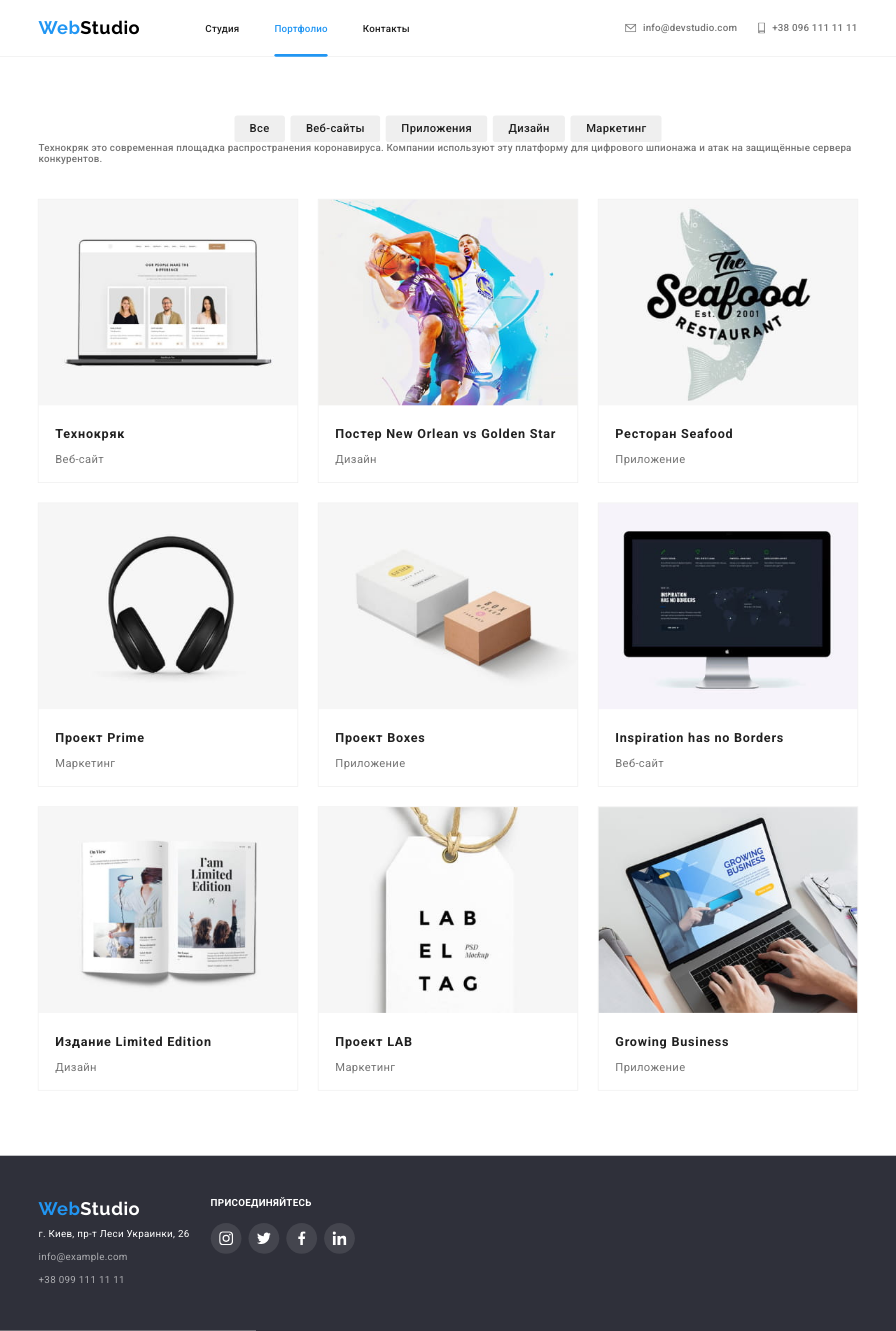
Repository: UliyaKucherernko/home-work-8
Page: porfolio.html
The author's editor kept a copy of each file at every save. The page is drawn from the files as they stood at one save, then again after the next save.
The browser window is 1280 px wide. The pictures show the part of the page from y = 0 to 1920 px (the page is 1901 px tall before and 4265 px after), at 70% of full size.

Above is the page before, as saved 2021-04-14 00:36:44.

### porfolio.html
<!DOCTYPE html>
<html lang="en">
<head>
    <!-- Служебная информация -->
    <meta charset="UTF-8">
    <meta http-equiv="X-UA-Compatible" content="IE=edge">
    <meta name="viewport" content="width=device-width, initial-scale=1.0">
    <title>homework5</title>
    <link rel="preconnect" href="https://fonts.gstatic.com">
    <link href="https://fonts.googleapis.com/css2?family=Raleway:wght@700&family=Roboto:wght@400;500;700;900&display=swap" rel="stylesheet">
    <link rel="stylesheet" href="./css/styles.css">
</head>
<body>

   <header class="header">
      <div class="container">
         <!-- Шапка -->
         <nav class="navigation">
            <a class="link logo-header" href="index.html">
               <span class="web">Web</span><span class="studio">Studio</span></a>
            <ul class="list menu">
               <li class="menu-item">
                  <a href="./index.html" class="link link-title menu-link">Студия</a>
               </li>
               <li class="menu-item">
                  <a href="./porfolio.html" class="link link-title menu-link current">Портфолио</a>
               </li>
               <li class="menu-item">
                  <a class="link link-title menu-link" href="">Контакты</a>
               </li>
            </ul>
         </nav>
         <ul class="list header-adress">
            <li class="contact-item">
               <a class="link contact-links menu-adress" href="mailto:info@devstudio.com">
                  <svg class="icon-header" width="16" height="12">
                     <use href="./images/icons-sprite.svg#icon-mail"></use>
                  </svg>
                  info@devstudio.com
               </a>
            </li>
            <li class="contact-item">
               <a class="link contact-links menu-adress" href="tel:+380961111111">
                  <svg class="icon-header" width="10" height="16">
                     <use href="./images/icons-sprite.svg#icon-phone"></use>
                  </svg>
                  +38 096 111 11 11
               </a>
            </li>
         </ul>
      </div>
   </header>

     <!--что входит в портфолио-->
    <main>
      <section class="gallery">
         <div class="container">
          <ul class="list gallery-btns">
              <li><button class="button-filtr" type="button">Все</button></li>
              <li><button class="button-filtr" type="button">Веб-сайты</button></li>
              <li><button class="button-filtr" type="button">Приложения</button></li>
              <li><button class="button-filtr" type="button">Дизайн</button></li>
              <li><button class="button-filtr" type="button">Маркетинг</button></li>
          </ul>



          <div class="gallery-thumb">
               <div class="gallery-overlay">
                  <p class="gallery-text-overlay">Технокряк это современная площадка распространения коронавируса.
                     Компании используют эту платформу для цифрового
                  шпионажа и атак на защищённые сервера конкурентов.</p>
               </div>
               <ul class="list grid gallery-list">
                <li class="gallery-card"><img src="./images/1-monitor.jpg" alt="на мониторе 3 фотокарточки людей" width="370">
                <div class="gallery-names">
                       <h3 class="filtrs">Технокряк</h3>
                       <p class="main-filtrs">Веб-сайт</p>
                </div>
               </li>


                  <li class="gallery-card"><img src="./images/2-nba.jpg" alt="2 прня играют в баскетбол" width="370">
                     <div class="gallery-names">
                         <h3 class="filtrs">Постер New Orlean vs Golden Star</h3>
                        <p class="main-filtrs">Дизайн</p>
                      </div>
                  </li>

               <li class="gallery-card"><img src="./images/3-seafood.jpg" alt="рыбный ресторан" width="370">
                      <div class="gallery-names">
                         <h3 class="filtrs">Ресторан Seafood</h3>
                       <p class="main-filtrs">Приложение</p>
                   </div>
                  </li>

                  <li class="gallery-card"><img src="./images/4-prime.jpg" alt="наушники" width="370">
                     <div class="gallery-names">
                        <h3 class="filtrs">Проект Prime</h3>
                        <p class="main-filtrs">Маркетинг</p>
                     </div>
                     </li>

                  <li class="gallery-card"><img src="./images/5-boxes.jpg" alt="2 коробки разного размера" width="370">
                     <div class="gallery-names">
                        <h3 class="filtrs">Проект Boxes</h3>
                        <p class="main-filtrs">Приложение</p>
                     </div>
                     </li>

                  <li class="gallery-card"><img src="./images/6-borders.jpg" alt="монитор борд с картой мира" width="370">
                     <div class="gallery-names">
                        <h3 class="filtrs">Inspiration has no Borders</h3>
                        <p class="main-filtrs">Веб-сайт</p>
                     </div>
                     </li>

                  <li class="gallery-card"><img src="./images/7-magazine.jpg" alt="журнал" width="370">
                     <div class="gallery-names">
                        <h3 class="filtrs">Издание Limited Edition</h3>
                        <p class="main-filtrs">Дизайн</p>
                     </div>
                     </li>

                  <li class="gallery-card"><img src="./images/8-labels.jpg" alt="белая этикетка бирка" width="370">
                     <div class="gallery-names">
                        <h3 class="filtrs">Проект LAB</h3>
                        <p class="main-filtrs">Маркетинг</p>
                     </div>
                     </li>

                  <li class="gallery-card"><img src="./images/9-nout.jpg" alt="печатают на ноуте" width="370">
                     <div class="gallery-names">
                        <h3 class="filtrs">Growing Business</h3>
                        <p class="main-filtrs">Приложение</p>
                     </div>
                     </li>
                  </ul>
           </div>
     </section>
    </main>

   <!--подвал-->
   <footer class="footer-dark-bg">
      <div class="container">
         <div class="grid">
            <div class="grid-item-3">
               <a class="link footer-logo" href="index.html">
                  <span class="web">Web</span><span class="studio-footer">Studio</span></a>
               <address>
                  <ul class="footer-list">
                     <li><a href="" class="link footer-adress">г. Киев, пр-т Леси Украинки, 26</a></li>
                     <li><a href="mailto:info@example.com" class="link footer-social">info@example.com</a></li>
                     <li><a href="+380991111111" class="link footer-social">+38 099 111 11 11</a></li>
                  </ul>
               </address>
            </div>

            <div class="grid-item-3">
               <div class="card-footer">
                  <p class="f-sleng">присоединяйтесь</p>
               </div>
               <ul class="d-inline-flex">
                  <li class="social-icon-item">
                     <a href="" class="social-icon-link foo-icon">
                        <svg>
                           <use href="./images/icons-sprite.svg#icon-instagram"></use>
                        </svg>
                     </a>
                  </li>
                  <li class="social-icon-item">
                     <a href="" class="social-icon-link foo-icon">
                        <svg>
                           <use href="./images/icons-sprite.svg#icon-twitter"></use>
                        </svg>
                     </a>
                  </li>
                  <li class="social-icon-item">
                     <a href="" class="social-icon-link foo-icon">
                        <svg>
                           <use href="./images/icons-sprite.svg#icon-facebook"></use>
                        </svg>
                     </a>
                  </li>
                  <li class="social-icon-item">
                     <a href="" class="social-icon-link foo-icon">
                        <svg>
                           <use href="./images/icons-sprite.svg#icon-linkedin"></use>
                        </svg>
                     </a>
                  </li>
               </ul>
            </div>

         </div>
         <!-- <div class="card-footer-news">
                       <p class="news-title">подпишитесь на рассылку</p>
                     </div> -->
      </div>
   </footer>
   </body>

   </html>

Loaded but not shown: css/styles.css (846 lines, source omitted)

After the next save:
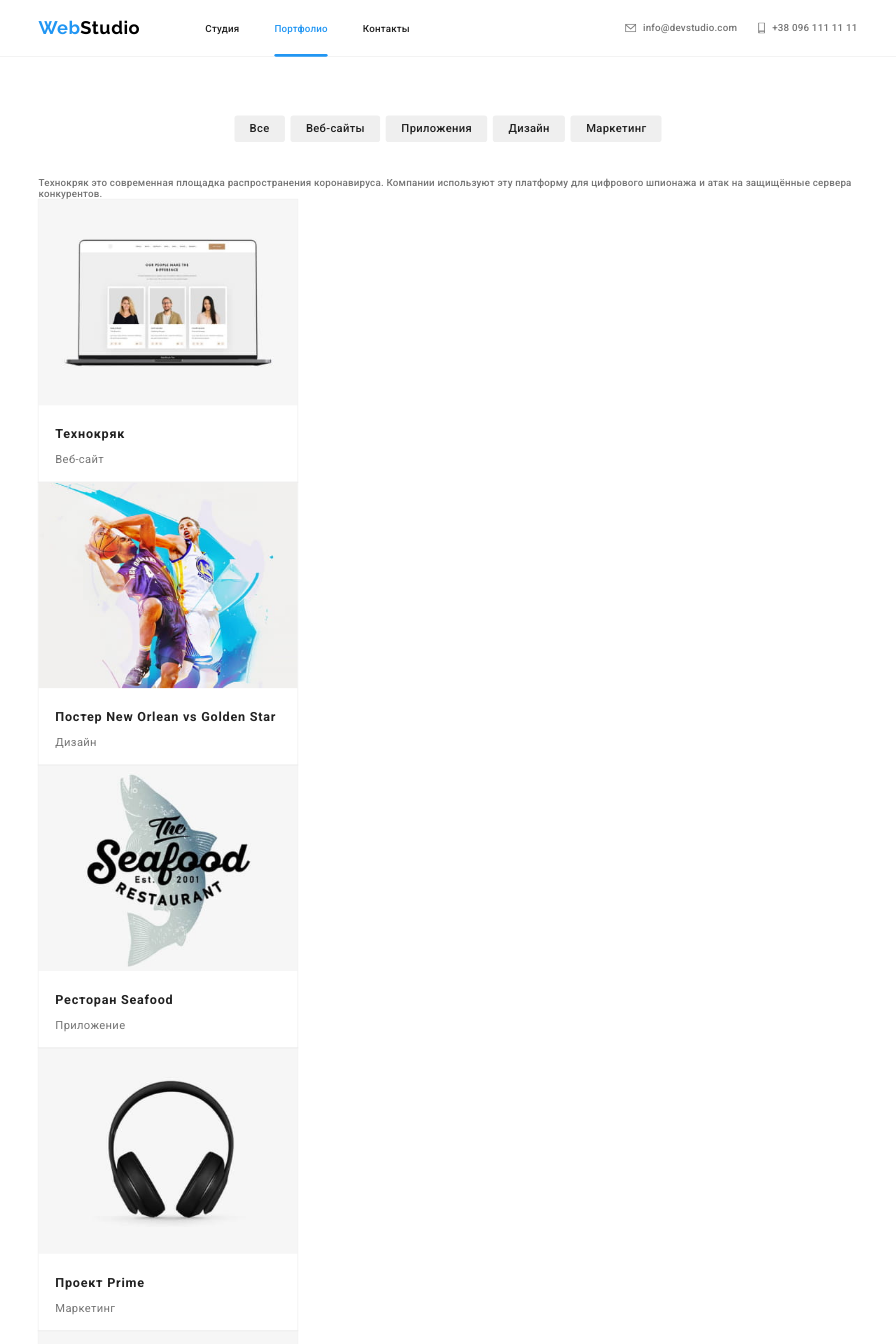
Saved 2 min 6 s later.
--- a/porfolio.html
+++ b/porfolio.html
@@ -63,15 +63,13 @@
               <li><button class="button-filtr" type="button">Маркетинг</button></li>
           </ul>
 
-
-
-          <div class="gallery-thumb">
-               <div class="gallery-overlay">
-                  <p class="gallery-text-overlay">Технокряк это современная площадка распространения коронавируса.
-                     Компании используют эту платформу для цифрового
-                  шпионажа и атак на защищённые сервера конкурентов.</p>
-               </div>
-               <ul class="list grid gallery-list">
+ <ul class="list grid gallery-list">
+   <div class="gallery-thumb">
+      <div class="gallery-overlay">
+         <p class="gallery-text-overlay">Технокряк это современная площадка распространения коронавируса.
+            Компании используют эту платформу для цифрового
+            шпионажа и атак на защищённые сервера конкурентов.</p>
+      </div>
                 <li class="gallery-card"><img src="./images/1-monitor.jpg" alt="на мониторе 3 фотокарточки людей" width="370">
                 <div class="gallery-names">
                        <h3 class="filtrs">Технокряк</h3>
